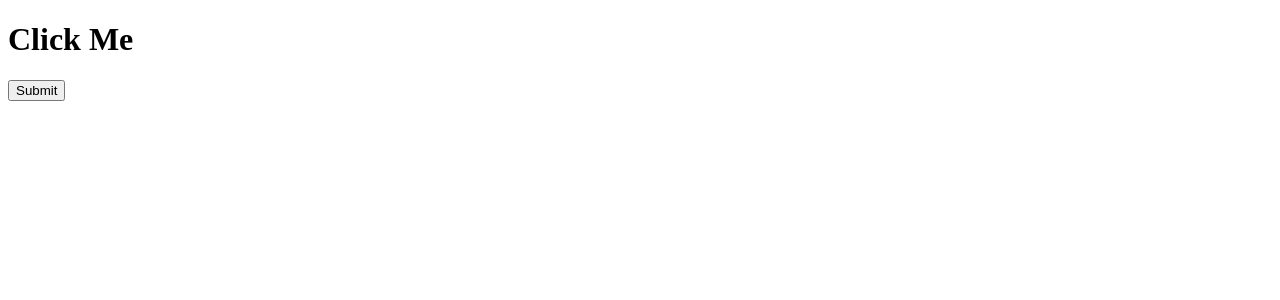
Repository: nin19/advance_java
Page: servlet/Servlet-1/src/main/webapp/Index.html
The author's editor kept a copy of each file at every save. The page is drawn from the files as they stood at one save, then again after the next save.
The browser window is 1280 px wide. The pictures show the whole page.

Above is the page before, as saved 2024-10-15 15:03:44.

### servlet/Servlet-1/src/main/webapp/Index.html
<!DOCTYPE html>
<html>

<body>
	<form action="web">
		<h1>Click Me</h1>
		<input type="submit">
	</form>
</body>
</html>

After the next save:
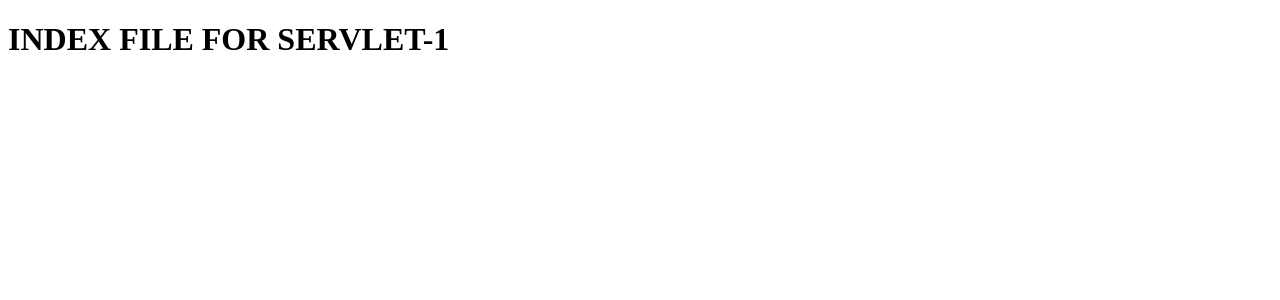
Saved 30 s later.
--- a/servlet/Servlet-1/src/main/webapp/Index.html
+++ b/servlet/Servlet-1/src/main/webapp/Index.html
@@ -2,9 +2,6 @@
 <html>
 
 <body>
-	<form action="web">
-		<h1>Click Me</h1>
-		<input type="submit">
-	</form>
+	<h1>INDEX FILE FOR SERVLET-1</h1>
 </body>
 </html>
